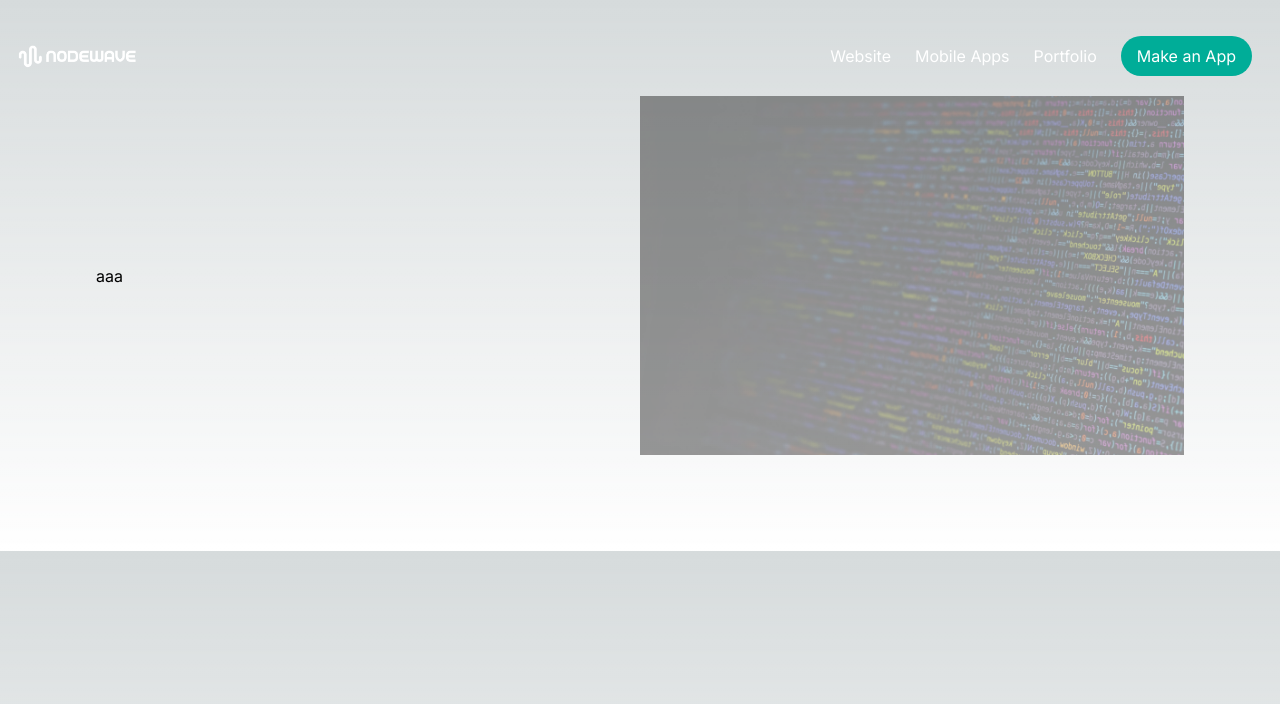
Repository: farrelmuhammad/nodewave
Page: /
These files come from the project's save history. The page is drawn as it stood at one moment and after the next save; the edit follows.
The browser window is 1280 px wide. The pictures show the whole page.
The project was rebuilt for these pictures with package versions that can differ from the ones it lists, and the page was loaded fresh each time. The framework's server and built-in components were replaced by stand-ins that run in the browser. Also part of the build but not shown: next.config.js.

Above is the page before, as saved 2023-09-08 13:06:51.

### src/app/page.js
import Hero from '@/components/Hero'
import Navbar from '@/components/Navbar'

export default function Home() {
  return (
    <>
      <Navbar />
      <Hero />
    </>
  )
}

### src/app/globals.css
@tailwind base;
@tailwind components;
@tailwind utilities;

@import url('https://fonts.googleapis.com/css2?family=Poppins:wght@300;400;500;600;700&display=swap');

:root {
  --foreground-rgb: 0, 0, 0;
  --background-start-rgb: 214, 219, 220;
  --background-end-rgb: 255, 255, 255;
  font-family: 'Poppins', sans-serif;
}

@media (prefers-color-scheme: dark) {
  :root {
    --foreground-rgb: 255, 255, 255;
    --background-start-rgb: 0, 0, 0;
    --background-end-rgb: 0, 0, 0;
  }
}

body {
  color: rgb(var(--foreground-rgb));
  background: linear-gradient(
      to bottom,
      transparent,
      rgb(var(--background-end-rgb))
    )
    rgb(var(--background-start-rgb));
}

@media only screen and (max-width: 768px) {
  .hero .hero-image,
  .hero .hero-caption {
    min-height: 90vh;
  }
  .hero .hero-cta {
    @apply w-12 h-12;
    transform: translateX(-75px) translateY(-50%);
    background-size: 37.5%;
  }
}

### src/components/Hero.jsx
import React from "react";
import Image from "next/image";

const Hero = () => {
  return (
    <main className="flex h-full items-center justify-between p-24 hero">
      <div className="w-1/2">aaa</div>
      <div className="w-1/2">
        <div class="relative hero-image">
          <div class="overlay inset-0 bg-black opacity-35 z-10"></div>
          <img
            src="/assets/background.png"
            alt="hero 1"
            class="absolute inset-0 md:relative w-full h-full object-cover object-center"
          />
        </div>
      </div>
    </main>
  );
};

export default Hero;

### src/components/Navbar.jsx
import React from "react";
import Image from "next/image";

const Navbar = () => {
  return (
    <header class="absolute w-full z-50 px-4">
      <div class="container mx-auto py-5">
        <div class="flex flex-stretch items-center">
          <div class="w-56 items-center flex">
            <Image src="/assets/Logo.png" width={226} height={100} alt="Logo" />
          </div>
          <div class="w-full"></div>
          <div class="w-auto py-4">
            <ul
              class="fixed bg-white inset-0 flex flex-col invisible items-center justify-center opacity-0 md:visible md:flex-row md:bg-transparent md:relative md:opacity-100 md:flex md:items-center"
              id="menu"
            >
              <li class="mx-3 py-6 md:py-0">
                <a href="#" class="text-black md:text-white hover:underline">
                  Website
                </a>
              </li>
              <li class="mx-3 py-6 md:py-0">
                <a
                  href="#"
                  class="text-black md:text-white hover:underline whitespace-nowrap overflow-ellipsis"
                >
                  Mobile Apps
                </a>
              </li>
              <li class="mx-3 py-6 md:py-0">
                <a href="#" class="text-black md:text-white hover:underline">
                  Portfolio
                </a>
              </li>
              <li class="mx-3 py-6 md:py-0">
                <button class="px-4 py-2 bg-[#00AD98] rounded-full">
                  <a
                    href="#"
                    class="text-black md:text-white hover:underline whitespace-nowrap overflow-ellipsis"
                  >
                    Make an App
                  </a>
                </button>
              </li>
            </ul>
          </div>
          <div class="w-auto">
            <ul class="items-center flex">
              <li class="ml-6 block md:hidden">
                <button
                  id="menu-toggler"
                  class="relative flex z-50 items-center justify-center w-8 h-8 text-black md:text-white focus:outline-none"
                >
                  <svg
                    class="fill-current"
                    width="18"
                    height="17"
                    viewBox="0 0 18 17"
                  >
                    <path d="M15.9773 0.461304H1.04219C0.466585 0.461304 0 0.790267 0 1.19609C0 1.60192 0.466668 1.93088 1.04219 1.93088H15.9773C16.5529 1.93088 17.0195 1.60192 17.0195 1.19609C17.0195 0.790208 16.5529 0.461304 15.9773 0.461304Z" />
                    <path d="M15.9773 7.68802H1.04219C0.466585 7.68802 0 8.01698 0 8.42281C0 8.82864 0.466668 9.1576 1.04219 9.1576H15.9773C16.5529 9.1576 17.0195 8.82864 17.0195 8.42281C17.0195 8.01692 16.5529 7.68802 15.9773 7.68802Z" />
                    <path d="M15.9773 14.9147H1.04219C0.466585 14.9147 0 15.2437 0 15.6495C0 16.0553 0.466668 16.3843 1.04219 16.3843H15.9773C16.5529 16.3843 17.0195 16.0553 17.0195 15.6495C17.0195 15.2436 16.5529 14.9147 15.9773 14.9147Z" />
                  </svg>
                </button>
              </li>
            </ul>
          </div>
        </div>
      </div>
    </header>
  );
};

export default Navbar;

Loaded but not shown: src/app/layout.js (common file); tailwind.config.js (common file)

After the next save:
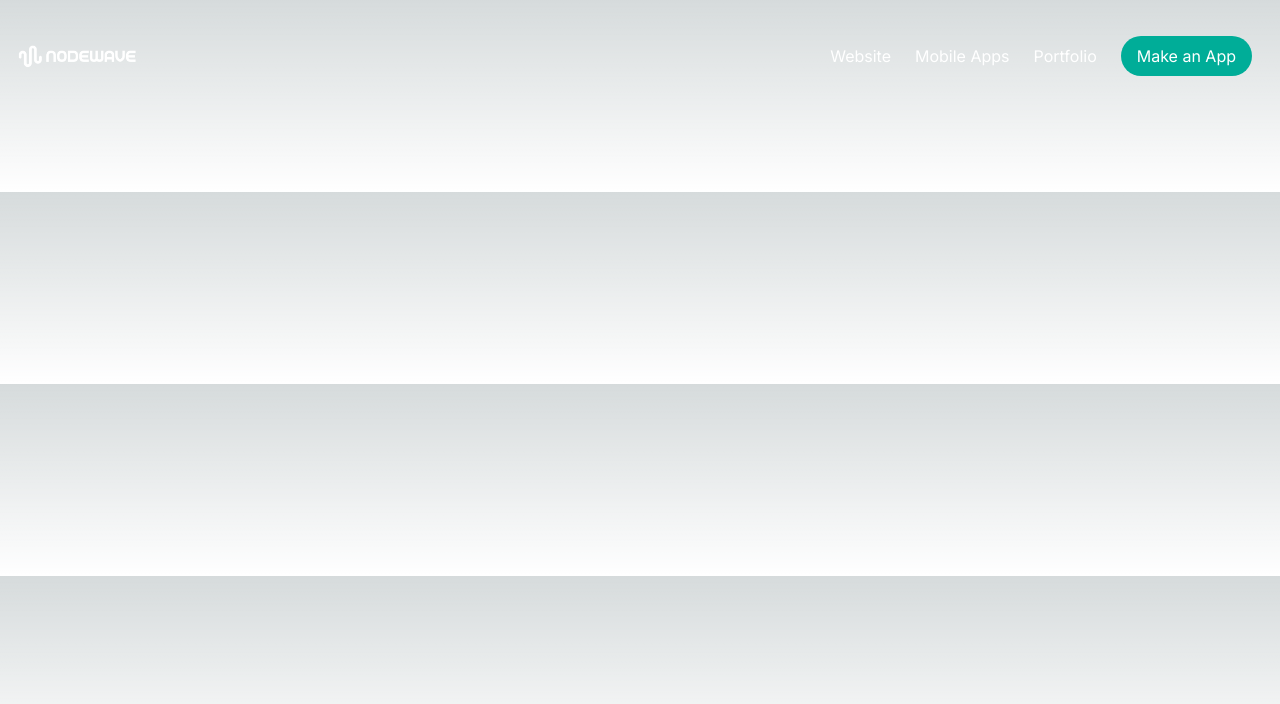
Saved 20 min 45 s later.
--- a/src/components/Hero.jsx
+++ b/src/components/Hero.jsx
@@ -3,18 +3,8 @@
 
 const Hero = () => {
   return (
-    <main className="flex h-full items-center justify-between p-24 hero">
-      <div className="w-1/2">aaa</div>
-      <div className="w-1/2">
-        <div class="relative hero-image">
-          <div class="overlay inset-0 bg-black opacity-35 z-10"></div>
-          <img
-            src="/assets/background.png"
-            alt="hero 1"
-            class="absolute inset-0 md:relative w-full h-full object-cover object-center"
-          />
-        </div>
-      </div>
+    <main className="flex h-full items-center justify-between p-24">
+
     </main>
   );
 };
